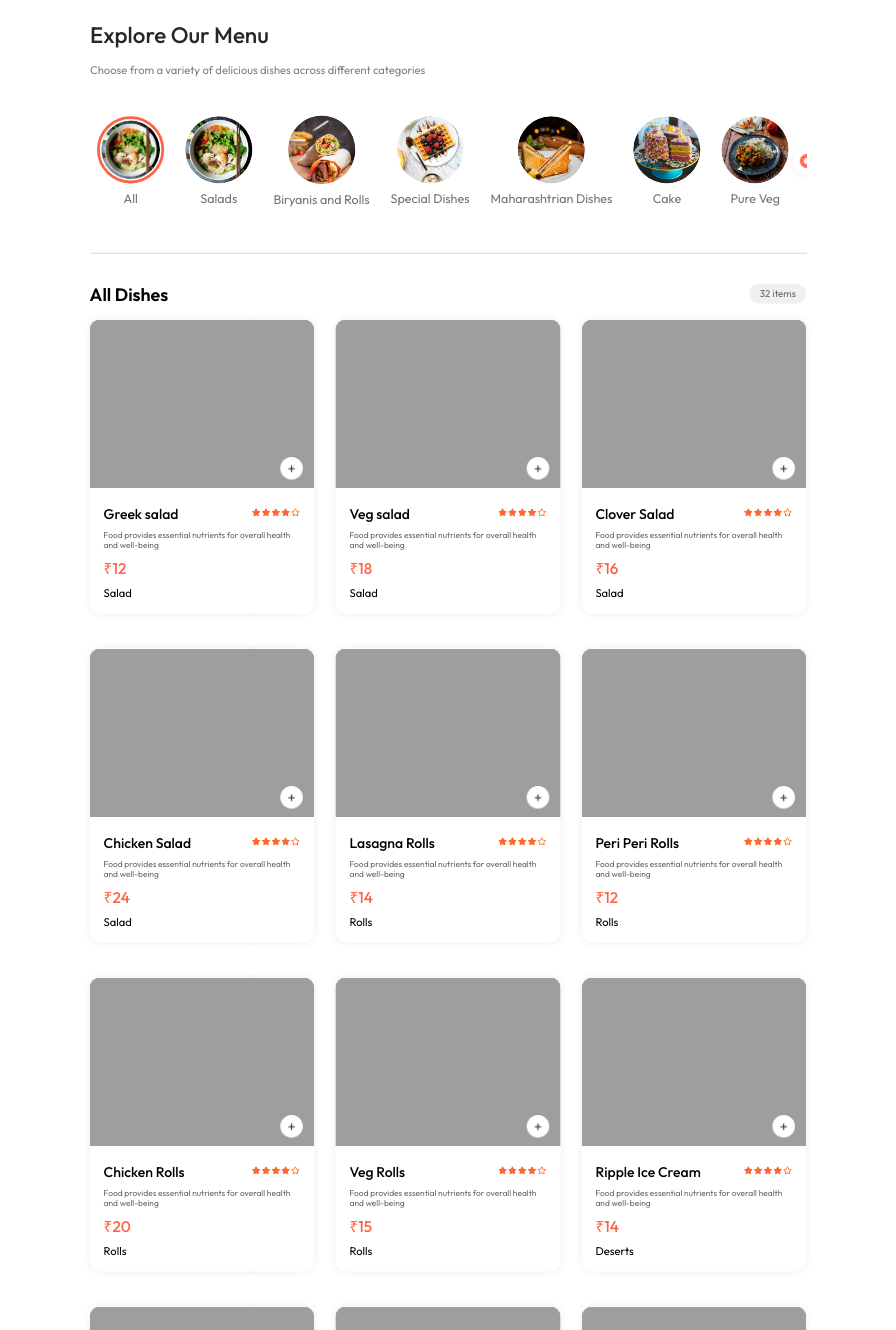
Repository: keyursanglikar/Hotel-Manangement
Page: / (app in frontend/)
These files come from the project's save history. The page is drawn as it stood at one moment and after the next save; the edit follows.
The browser window is 1280 px wide. The pictures show the part of the page from y = 609 to 2509 px (the page is 9373 px tall), at 70% of full size.
The page's requests for data from a server got no answer. The project was rebuilt for these pictures with package versions that can differ from the ones it lists, and the page was loaded fresh each time. No one was signed in, and anything a server would have sent is missing. Also part of the build but not shown: frontend/vite.config.js, frontend/src/pages/Cart/Cart.css, frontend/src/pages/Cart/Cart.jsx, frontend/src/pages/PlaceOrder/PlaceOrder.jsx, frontend/src/components/LoginPopup/LoginPopup.css, frontend/src/components/LoginPopup/LoginPopup.jsx, frontend/src/pages/Verify/Verify.css, frontend/src/pages/Verify/Verify.jsx and 2 more.

Above is the page before, as saved 2025-12-04 23:24:47.

### frontend/index.html
<!doctype html>
<html lang="en">
  <head>
    <meta charset="UTF-8" />
    <link rel="icon" type="image/svg+xml" href="/logo.png" />
    <meta name="viewport" content="width=device-width, initial-scale=1.0" />
    <title>Hotel Shree</title>
  </head>
  <body>
    <div id="root"></div>
    <script type="module" src="/src/main.jsx"></script>
  </body>
</html>

### frontend/src/components/Navbar/Navbar.jsx
import React, { useContext, useState } from 'react'
import './Navbar.css'
import { assets } from './../../assets/assets';
import {Link, useNavigate} from 'react-router-dom'
import { StoreContext } from './../context/StoreContext';

const Navbar = ({setShowLogin}) => {

  const [menu, setMenu] = useState('home');

  const {getTotalCartAmount, token, setToken} = useContext(StoreContext);

  const navigate = useNavigate();

  const logout = () =>{
    localStorage.removeItem("token");
    setToken("");
    navigate("/")
  }

  return (
    <div className='navbar'>
       <Link to='/'> <img src={assets.logo} alt="" className='logo' /> </Link>
        <ul className="navbar-menu">
            <Link to='/' onClick={()=> setMenu('home')} className={menu === 'home'?'active':''}>home</Link>
            <a href='#explore-menu' onClick={()=> setMenu('menu')} className={menu === 'menu'?'active':''}>menu</a>
            {/* <a href='#app-download' onClick={()=> setMenu('mobile-app')} className={menu === 'mobile-app'?'active':''}>mobile-app</a> */}
            <a href='#footer' onClick={()=> setMenu('contact-us')} className={menu === 'contact-us'?'active':''}>contact us</a>
        </ul>
        <div className="navbar-right">
            <img src={assets.search_icon} alt="" />
            <div className="navbar-search-icon">
                <Link to='/cart'><img src={assets.basket_icon} alt="" /></Link>
                <div className={getTotalCartAmount()===0?'':'dot'}></div>
            </div>
            {!token?<button onClick={()=> setShowLogin(true)}>sign in</button>
            :<div className='navbar-profile'>
              <img src={assets.profile_icon} alt="" />
              <ul className="nav-profile-dropdown">
                <li onClick={()=> navigate('/myorders')}><img src={assets.bag_icon} alt="" /><p>Orders</p></li>
                <hr />
                <li onClick={logout}><img src={assets.logout_icon} alt="" /><p>Logout</p></li>
              </ul>
            </div>
            }
              </div>
    </div>
  )
}

export default Navbar

### frontend/src/pages/Home/Home.jsx
import React, { useState } from 'react'
import './Home.css'
import Header from '../../components/Header/Header'
import ExploreMenu from '../../components/ExploreMenu/ExploreMenu'
import FoodDisplay from '../../components/FoodDisplay/FoodDisplay'
import RestaurantGallery from '../../components/AppDownload/RestaurantGallery'


const Home = () => {

  const [category, setCategory] = useState('All')
  return (
    <div>
      <Header/>
      <ExploreMenu category={category} setCategory={setCategory}/>
      <FoodDisplay category={category}/>
   <RestaurantGallery/>
    </div>
  )
}

export default Home

### frontend/src/components/Footer/Footer.jsx
import React from 'react'
import './Footer.css'
import { assets } from '../../assets/assets'

const Footer = () => {
  return (
    <div className='footer' id='footer'>
        <div className="footer-content">
            <div className="footer-content-left">
                <img src={assets.logo} alt=""  className='logo-footer'/>
                <p>Discover the taste you’ve been craving! Enjoy freshly prepared dishes crafted with quality ingredients, bursting with flavours that make every bite unforgettable.</p>
                <div className="footer-social-icons">
                    <img src={assets.facebook_icon} alt="" />
                    <img src={assets.twitter_icon} alt="" />
                    <img src={assets.linkedin_icon} alt="" />
                </div>
            </div>
            <div className="footer-content-center">
                <h2>Hotel Shree</h2>
                <ul>
                    <li>Home</li>
                    <li>About us</li>
                    <li>Delivery</li>
                    <li>Privacy Policy</li>
                </ul>
            </div>
            <div className="footer-content-right">
                <h2>GET IN TOUCH</h2>
                <ul>
                    <li>Sr No- 36/14 A, beside NEXA Showroom, Yashodha Nagar, Godoli
Satara, Maharashtra 415001
India</li>
                    <li>09845270115</li>
                </ul>
            </div>

        </div>
        <hr />
        <p className="footer-copyright">
            Copyright 2025 &copy; Hotel Shree- All Right Reserved.
        </p>
    </div>
  )
}

export default Footer

### frontend/src/components/Navbar/Navbar.css
.navbar{
    padding: 20px 120px;
    display: flex;
    justify-content: space-between;
    align-items: center;

    width: 100%;
}

.navbar .logo{
    width: 100px;


}

.navbar-menu{
    display: flex;
    list-style: none;
    gap: 20px;
    color: #49557e;
    font-size: 18px;
}

.navbar-right{
    display: flex;
    align-items: center;
    gap: 40px;
}

.navbar button{
    background: transparent;
    font-size: 16px;
    color: #49557e;
    border: 1px solid tomato;
    padding: 10px 30px;
    border-radius: 50px;
    cursor: pointer;
    transition: .3s;
}

.navbar button:hover {
background-color: #fff4f2;
}

.navbar .active{
    padding-bottom: 2px;
    border-bottom: 2px solid #49557e;
}

.navbar li{
    cursor: pointer;
}

.navbar-search-icon{
    position: relative;
}

.navbar-search-icon .dot{
    position: absolute;
    min-width: 10px;
    min-height: 10px;
    background-color: tomato;
    border-radius: 5px;
    top: -8px;
    right: -8px;
}

.navbar-profile{
  position: relative;
}

.nav-profile-dropdown{
    position: absolute;
    display: none;
    right: 0;
    z-index: 1;
}

.navbar-profile:hover .nav-profile-dropdown{
    display: flex;
    flex-direction: column;
    gap: 10px;
    background-color: #fff2ef;
    padding: 12px 25px;
    border-radius: 4px;
    border: 1px solid tomato;
    outline: 2px solid;
    list-style: none;
}

.nav-profile-dropdown img{
    width: 20px;
}

.nav-profile-dropdown li:hover{
    color: tomato;
}

.nav-profile-dropdown li{
    display: flex;
    align-items: center;
    gap: 10px;
    cursor: pointer;
}
@media (max-width:1050px){
    .navbar .logo{
        width: 40px;
    }

    .navbar-menu{
        gap: 20px;
        font-size: 17px;
    }

    .navbar-right{
        gap: 30px;
    }

    .navbar-right img{
        width: 22px;
    }

    .navbar-right button{
        padding: 8px 25px;
    }
}

@media (max-width:900px){
    .navbar .logo{
        width: 40px;
    }

    .navbar-menu{
        gap: 15px;
        font-size: 16px;
    }

    .navbar-right{
        gap: 20px;
    }

    .navbar-right img{
        width: 20px;
    }

    .navbar-right button{
        padding: 7px 20px;
        font-size: 15px;
    }
}

@media (max-width:750px){
    .navbar-menu{
        display: none;
    }
}

### frontend/src/components/Header/Header.jsx
import React from 'react'
import './Header.css'

const Header = () => {
  return (
    <div className='header'>
        <div className="header-contents">
            <h2>Order your favourite food here</h2>
            <p>Discover the taste you’ve been craving! Enjoy freshly prepared dishes crafted with quality ingredients, bursting with flavours that make every bite unforgettable.</p>
            <button>View Menu</button>
        </div>
    </div>
  )
}

export default Header

### frontend/src/components/ExploreMenu/ExploreMenu.jsx
// import React from 'react'
// import './ExploreMenu.css'
// import { menu_list } from '../../assets/assets'

// const ExploreMenu = ({category, setCategory}) => {

//   return (
//     <div className='explore-menu' id='explore-menu'>
//         <h1>Explore Our Menu</h1>
//         <p className='explore-menu=text'>Lorem ipsum dolor sit amet consectetur adipisicing elit. Nulla, exercitationem excepturi temporibus obcaecati voluptas vitae?</p>
//         <div className="explore-menu-list">
//             {menu_list.map((item,index)=>{
//                 return (
//                     <div onClick={()=>setCategory(prev=> prev === item.menu_name ? 'All' : item.menu_name)} key={index} className="explore-menu-list-item">
//                         <img className={category===item.menu_name?'active':''} src={item.menu_image} alt="" />
//                         <p>{item.menu_name}</p>
//                     </div>
//                 )
//             })}
//         </div>
//         <hr/>
//     </div>
//   )
// }

// export default ExploreMenu



// frontend/src/components/ExploreMenu/ExploreMenu.jsx
import React, { useRef, useState } from 'react'
import './ExploreMenu.css'
import { menu_list } from '../../assets/assets'
import { assets } from '../../assets/assets'

const ExploreMenu = ({ category, setCategory }) => {
  const scrollContainerRef = useRef(null)
  const [showPrevArrow, setShowPrevArrow] = useState(false)
  const [showNextArrow, setShowNextArrow] = useState(true)

  // Define all available categories
  const allCategories = [
    "All",
    "Salads",
    "Biryanis and Rolls",
    "Special Dishes",
    "Maharashtrian Dishes",
    "Cake",
    "Pure Veg",
    "Non Veg",
    "Pasta",
    "Noodles",
    "Beverages"
  ]

  const scrollLeft = () => {
    if (scrollContainerRef.current) {
      scrollContainerRef.current.scrollBy({
        left: -200,
        behavior: 'smooth'
      })
    }
  }

  const scrollRight = () => {
    if (scrollContainerRef.current) {
      scrollContainerRef.current.scrollBy({
        left: 200,
        behavior: 'smooth'
      })
    }
  }

  const handleScroll = () => {
    if (scrollContainerRef.current) {
      const { scrollLeft, scrollWidth, clientWidth } = scrollContainerRef.current
      setShowPrevArrow(scrollLeft > 0)
      setShowNextArrow(scrollLeft < scrollWidth - clientWidth - 10)
    }
  }

  // Get category image
  const getCategoryImage = (cat) => {
    if (cat === "All") return menu_list[0]?.menu_image || assets.menu_1
    const menuItem = menu_list.find(item => item.menu_name === cat)
    return menuItem ? menuItem.menu_image : assets.menu_1
  }

  return (
    <div className='explore-menu' id='explore-menu'>
      <h1>Explore Our Menu</h1>
      <p className='explore-menu-text'>Choose from a variety of delicious dishes across different categories</p>

      <div className="explore-menu-container">
        {showPrevArrow && (
          <button className="explore-menu-nav prev" onClick={scrollLeft}>
            <img src={assets.selector_icon} alt="Previous" style={{ transform: 'rotate(180deg)' }} />
          </button>
        )}

        <div
          className="explore-menu-list"
          ref={scrollContainerRef}
          onScroll={handleScroll}
        >
          {allCategories.map((cat, index) => (
            <div
              onClick={() => setCategory(cat)}
              key={index}
              className="explore-menu-list-item"
              title={cat}
            >
              <img
                className={category === cat ? 'active' : ''}
                src={getCategoryImage(cat)}
                alt={cat}
              />
              <p>{cat}</p>
            </div>
          ))}
        </div>

        {showNextArrow && (
          <button className="explore-menu-nav next" onClick={scrollRight}>
            <img src={assets.selector_icon} alt="Next" />
          </button>
        )}
      </div>

      <hr />
    </div>
  )
}

export default ExploreMenu

### frontend/src/components/Footer/Footer.css
.footer{
    color: #d9d9d9;
    background-color: #323232;
    display: flex;
    flex-direction: column;
    align-items: center;
    gap: 20px;
    padding: 20px 8vw;
    padding-top: 80px;
    margin-top: 100px;
}

.footer-content{
    width: 100%;
    display: grid;
    grid-template-columns: 2fr 1fr 1fr;
    gap: 80px;
}

.footer-content-left, .footer-content-right, .footer-content-center{
    display: flex;
    flex-direction: column;
    align-items: start;
    gap: 20px;
}

.footer-content-left li, .footer-content-right li, .footer-content-center li{
    list-style: none;
    margin-bottom: 10px;
    cursor: pointer;
}

 .footer-content-right h2, .footer-content-center h2{
   color: white;
}

.logo-footer{
    width: 100px;

}
.footer-social-icons img{
    width: 40px;
    margin-right: 15px;
}

.footer hr{
    width: 100%;
    height: 2px;
    margin: 20px 0;
    background-color: gray;
    border: none;
}

@media (max-width:750px){
    .footer-content{
        display: flex;
        flex-direction: column;
        gap: 35px;
    }

    .footer-copyright{
        text-align: center;
    }
}

### frontend/src/components/Header/Header.css
.header{
    height: 34vw;
    margin: 30px auto;
    background: url('/header_img.png') no-repeat;
    background-size: contain;
    position: relative;
}

.header-contents{
    position: absolute;
    display: flex;
    flex-direction: column;
    align-items: start;
    gap: 1.5vw;
    max-width: 50%;
    bottom: 10%;
    left: 6vw;
    animation: fadeIn 3s;
}

.header-contents h2{
    font-weight: 500;
    color: white;
    font-size:max(4.5vw, 22px);
}

.header-contents p {
    color: white;
    font-size: 1vw;
}

.header-contents button{
    border: none;
    color: #747474;
    font-weight: 500;
    padding: 1vw 2.3vw;
    background-color: white;
    font-size: max(1vw,13px);
    border-radius: 50px;
}

@media (max-width:1050px){
.header-contents{
    max-width: 45%;
}
}

@media (max-width:750px){

    .header-contents{
        max-width: 65%;
    }

    .header-contents p {
        display: none;
    }

    .header-contents button{
        padding: 2vw 4vw;
    }
}

### frontend/src/components/ExploreMenu/ExploreMenu.css
/* .explore-menu{
    display: flex;
    flex-direction: column;
    gap: 28px;
}

.explore-menu h1{
    color: #262626;
    font-weight: 500;
}

.explore-menu-text{
    max-width: 60%;
    color: #808080;
}

.explore-menu-list{
    display: flex;
    justify-content: space-between;
    align-items: center;
    gap: 30px;
    text-align: center;
    margin: 20px 0px;
    overflow: scroll;
}

.explore-menu-list::-webkit-scrollbar{
    display: none;
}

.explore-menu-list-item img{
    width: 7.5vw;
    min-width: 80px;
    cursor: pointer;
    border-radius: 50%;
    transition: 0.2s;
}

.explore-menu-list-item p{
    margin-top: 10px;
    color: #747474;
    font-size: max(1.4vw,16px);
    cursor: pointer;
}

.explore-menu hr{
    margin: 10px 0px;
    height: 2px;
    background-color: #e2e2e2;
    border: none;
}

.explore-menu-list-item .active{
    border: 4px solid tomato;
    padding: 2px;
}

@media (max-width:1050px){
    .explore-menu-text{
        max-width: 100%;
        font-size: 14px;
    }
} */

/* frontend/src/components/ExploreMenu/ExploreMenu.css */
.explore-menu {
    display: flex;
    flex-direction: column;
    gap: 20px;
    overflow-y: auto;
}

.explore-menu h1 {
    color: #262626;
    font-weight: 500;
}

.explore-menu-text {
    max-width: 60%;
    color: #808080;
}

.explore-menu-list {
    display: flex;
    justify-content: flex-start; /* Changed from space-between */
    align-items: center;
    gap: 30px;
    text-align: center;
    margin: 20px 0px;
    /* overflow-x: auto; */
    padding: 15px 10px;
    /* scroll-behavior: smooth; */
}

/* Custom scrollbar styling */
.explore-menu-list::-webkit-scrollbar {
    height: 8px;
    display: block;
}

.explore-menu-list::-webkit-scrollbar-track {
    background: #f1f1f1;
    border-radius: 10px;
}

.explore-menu-list::-webkit-scrollbar-thumb {
    background: #888;
    border-radius: 10px;
    transition: background 0.3s;
}

.explore-menu-list::-webkit-scrollbar-thumb:hover {
    background: #555;
}

/* For Firefox */
.explore-menu-list {
    scrollbar-width: thin;
    scrollbar-color: #888 #f1f1f1;
}

/* Navigation arrows */
.explore-menu-container {
    position: relative;
}

.explore-menu-nav {
    position: absolute;
    top: 50%;
    transform: translateY(-50%);
    background: white;
    border: none;
    width: 40px;
    height: 40px;
    border-radius: 50%;
    display: flex;
    align-items: center;
    justify-content: center;
    cursor: pointer;
    box-shadow: 0 2px 10px rgba(0, 0, 0, 0.1);
    z-index: 10;
    opacity: 0.8;
    transition: all 0.3s;
}

.explore-menu-nav:hover {
    opacity: 1;
    box-shadow: 0 4px 15px rgba(0, 0, 0, 0.2);
}

.explore-menu-nav.prev {
    left: -20px;
}

.explore-menu-nav.next {
    right: -20px;
}

.explore-menu-nav img {
    width: 20px;
    height: 20px;
}

.explore-menu-nav:disabled {
    opacity: 0.3;
    cursor: not-allowed;
}

.explore-menu-list-item {
    display: flex;
    flex-direction: column;
    align-items: center;
    cursor: pointer;
    min-width: 90px;
    flex-shrink: 0; /* Prevent items from shrinking */
    transition: all 0.3s;
}

.explore-menu-list-item:hover {
    transform: translateY(-5px);
}

.explore-menu-list-item img {
    width: 7.5vw;
    min-width: 80px;
    cursor: pointer;
    border-radius: 50%;
    transition: 0.2s;
}

.explore-menu-list-item p {
    margin-top: 10px;
    color: #747474;
    font-size: max(1.4vw, 16px);
    cursor: pointer;
    white-space: nowrap; /* Prevent text wrapping */
}

.explore-menu-list-item .active {
    border: 4px solid tomato;
    padding: 2px;
}

.explore-menu hr {
    margin: 10px 0px;
    height: 2px;
    background-color: #e2e2e2;
    border: none;
}

/* Scroll indicator dots */
.explore-menu-scroll-indicator {
    display: flex;
    justify-content: center;
    gap: 8px;
    margin-top: 10px;
}

.scroll-dot {
    width: 8px;
    height: 8px;
    border-radius: 50%;
    background: #ddd;
    cursor: pointer;
    transition: all 0.3s;
}

.scroll-dot.active {
    background: tomato;
    transform: scale(1.2);
}

.scroll-dot:hover {
    background: #bbb;
}

/* Responsive design */
@media (max-width: 1050px) {
    .explore-menu-text {
        max-width: 100%;
        font-size: 14px;
    }

    .explore-menu-list {
        gap: 20px;
        padding: 12px 8px;
    }

    .explore-menu-list-item img {
        width: 9vw;
    }

    .explore-menu-list-item p {
        font-size: 14px;
    }

    .explore-menu-nav {
        width: 35px;
        height: 35px;
    }

    .explore-menu-nav.prev {
        left: -15px;
    }

    .explore-menu-nav.next {
        right: -15px;
    }
}

@media (max-width: 750px) {
    .explore-menu-list {
        gap: 15px;
        padding: 10px 5px;
    }

    .explore-menu-list-item {
        min-width: 70px;
    }

    .explore-menu-list-item img {
        width: 11vw;
        min-width: 60px;
    }

    .explore-menu-list-item p {
        font-size: 12px;
    }

    .explore-menu-nav {
        display: none; /* Hide arrows on mobile */
    }

    .explore-menu-list::-webkit-scrollbar {
        height: 6px;
    }
}

@media (max-width: 480px) {
    .explore-menu-list {
        gap: 10px;
    }

    .explore-menu-list-item {
        min-width: 60px;
    }

    .explore-menu-list-item img {
        min-width: 50px;
    }

    .explore-menu-list-item p {
        font-size: 11px;
    }
}

### frontend/src/components/FoodDisplay/FoodDisplay.css
/* .food-display{
    margin-top: 30px;
}

.food-display h2{
    font-size: max(2vw,24px);
    font-weight: 600;
}

.food-display-list{
    display: grid;
    grid-template-columns: repeat(auto-fill, minmax(240px,1fr));
    margin-top: 30px;
    gap: 30px;
    row-gap: 50px;
} */






/* frontend/src/components/FoodDisplay/FoodDisplay.css */
.food-display {
    margin-top: 30px;
}

.food-display-header {
    display: flex;
    justify-content: space-between;
    align-items: center;
    margin-bottom: 20px;
}

.food-display h3 {
    font-size: max(2vw, 24px);
    font-weight: 600;
}

.category-counter {
    background-color: #f0f0f0;
    padding: 5px 15px;
    border-radius: 20px;
    font-size: 14px;
    color: #666;
}

.food-display-list {
    display: grid;
    grid-template-columns: repeat(auto-fill, minmax(240px, 1fr));
    gap: 30px;
    row-gap: 50px;
}

.no-food-message {
    grid-column: 1 / -1;
    text-align: center;
    padding: 40px;
    color: #777;
    font-size: 18px;
    background-color: #f9f9f9;
    border-radius: 10px;
    margin: 20px 0;
}

.sub-message {
    font-size: 14px;
    color: #999;
    margin-top: 10px;
}

@media (max-width: 750px) {
    .food-display-list {
        grid-template-columns: repeat(auto-fill, minmax(200px, 1fr));
        gap: 20px;
        row-gap: 40px;
    }

    .food-display h3 {
        font-size: 20px;
    }
}

@media (max-width: 500px) {
    .food-display-list {
        grid-template-columns: repeat(auto-fill, minmax(150px, 1fr));
        gap: 15px;
        row-gap: 30px;
    }

    .food-display-header {
        flex-direction: column;
        align-items: flex-start;
        gap: 10px;
    }

    .category-counter {
        align-self: flex-start;
    }
}

### frontend/src/components/FoodItem/FoodItem.css
.food-item{
    width: 100%;
    margin: auto;
    border-radius: 15px;
    box-shadow: 0px 0px 10px #00000015;
    transition: 0.3s;
    animation: fadeIn 1s;
}

.food-item-image{
    width: 100%;
    border-radius: 15px 15px 0px 0px;
}

.food-item-info{
    padding: 20px;
}

.food-item-name-rating{
    display: flex;
    justify-content: space-between;
    align-items: center;
    margin-bottom: 10px;
}

.food-item-name-rating p {
    font-size: 20px;
    font-weight: 500;
}

.food-item-name-rating img{
    width: 70px;
}

.food-item-desc{
    color: #676767;
    font-size: 12px;
}

.food-item-price{
    color: tomato;
    font-size: 22px;
    font-weight: 500;
    margin: 10px 0px;
}

.food-item-img-container{
    position: relative;
}

.food-item-img-container .add{
    width: 35px;
    position: absolute;
    bottom: 15px;
    right: 15px;
    cursor: pointer;
    border-radius: 50%;
}

.food-item-counter{
    position: absolute;
    bottom: 15px;
    right: 15px;
    display: flex;
    align-items: center;
    gap: 10px;
    padding: 6px;
    border-radius: 50px;
    background-color: white;
}

.food-item-counter img{
    width: 30px;
}

Loaded but not shown: frontend/src/main.jsx (common file); frontend/src/App.jsx (common file); frontend/src/index.css (common file); frontend/src/assets/assets.js (775 lines, source omitted); frontend/src/components/AppDownload/RestaurantGallery.jsx (872 lines, source omitted); frontend/src/components/context/StoreContext.jsx (441 lines, source omitted); frontend/src/pages/PlaceOrder/PlaceOrder.css (782 lines, source omitted); frontend/src/components/FoodDisplay/FoodDisplay.jsx (245 lines, source omitted); frontend/src/components/AppDownload/RestaurantGallery.css (502 lines, source omitted); frontend/src/components/FoodItem/FoodItem.jsx (181 lines, source omitted); frontend/src/pages/Home/Home.css (no stored copy; drawn as an empty file)

After the next save:
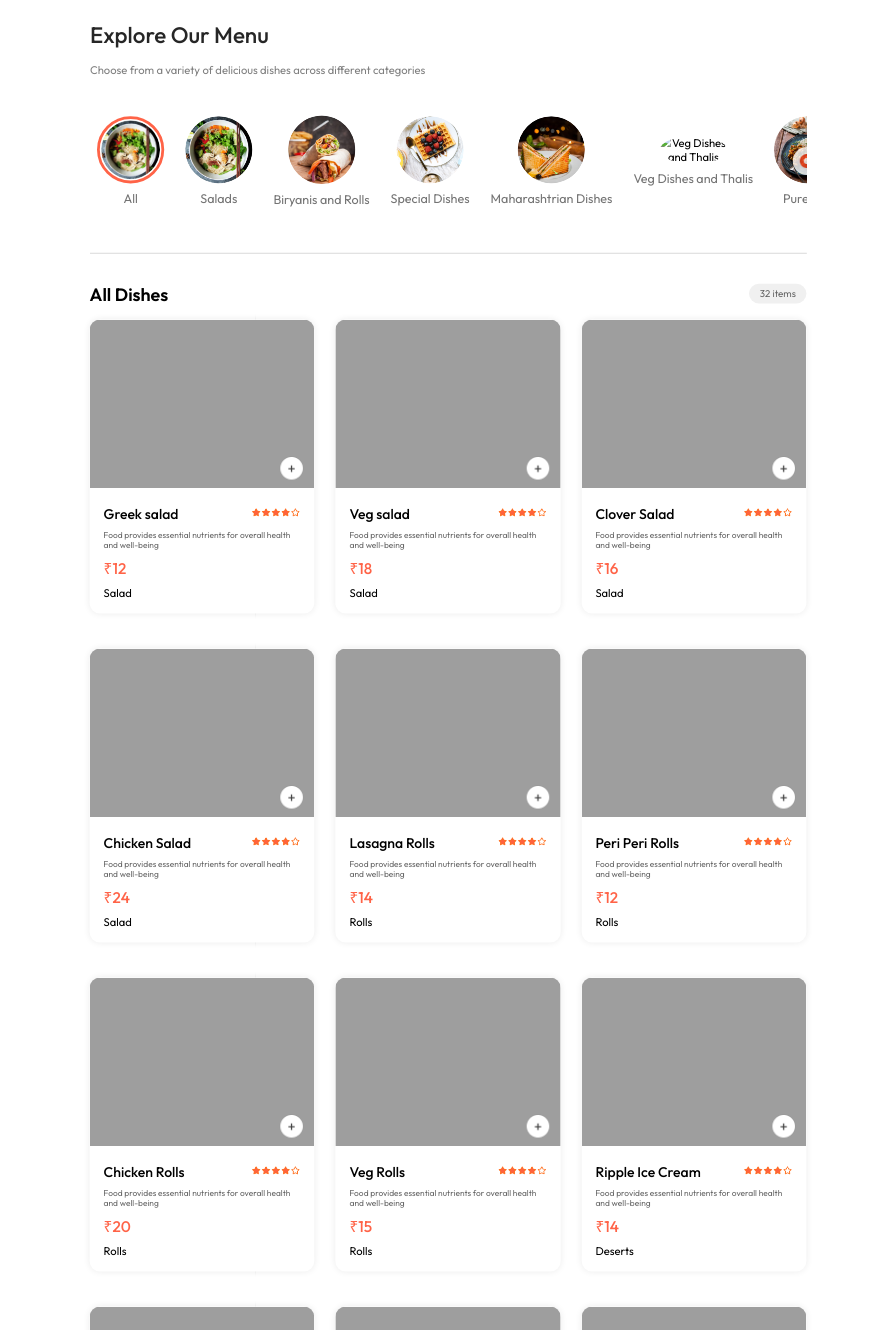
Saved 10 s later.
--- a/frontend/src/components/ExploreMenu/ExploreMenu.jsx
+++ b/frontend/src/components/ExploreMenu/ExploreMenu.jsx
@@ -45,7 +45,7 @@ const ExploreMenu = ({ category, setCategory }) => {
     "Biryanis and Rolls",
     "Special Dishes",
     "Maharashtrian Dishes",
-    "Cake",
+    "Veg Dishes and Thalis",
     "Pure Veg",
     "Non Veg",
     "Pasta",
